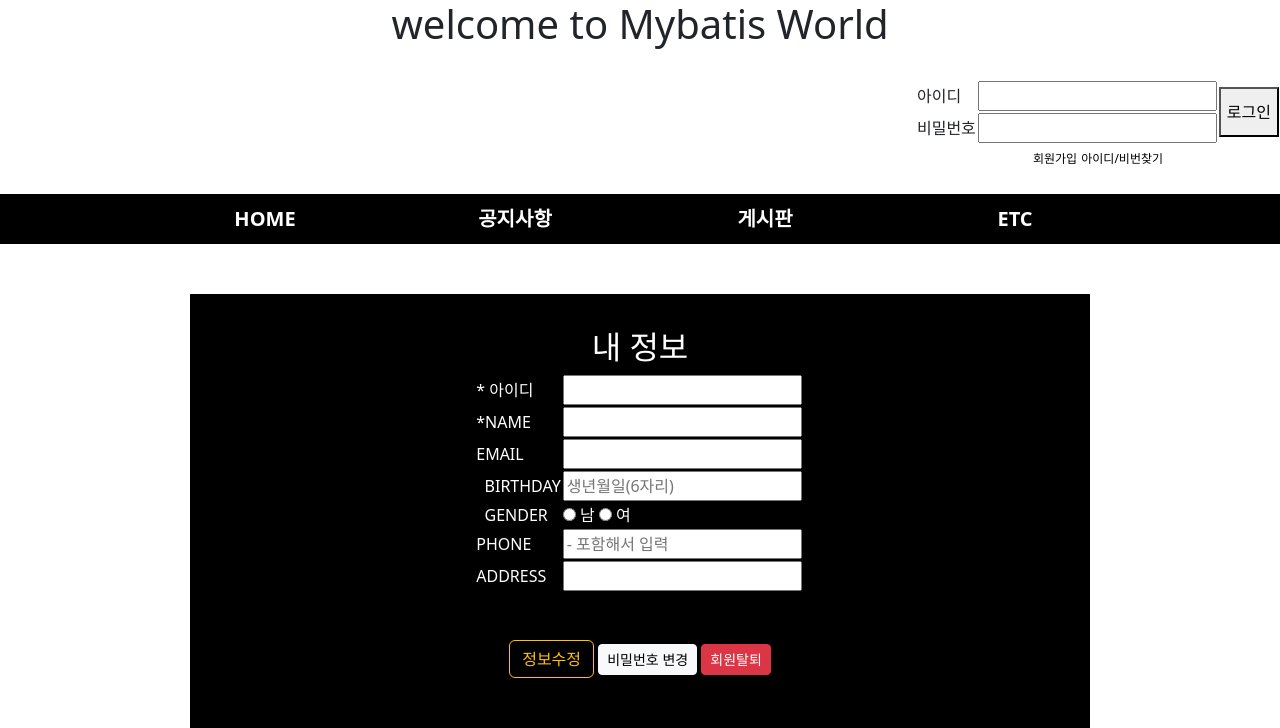
Repository: eru2/Study
Page: http://localhost/mybatisProject/views/member/myPage.jsp
These files come from the project's save history. The page is drawn as it stood at one moment and after the next save; the edit follows.
The browser window is 1280 px wide. The pictures show the whole page.
The page is served by Tomcat 10. Other server files are loaded and not shown.

Above is the page before, as saved 2025-03-06 08:27:47.
Console error: ReferenceError: interest is not defined

### 08_MyBatis/mybatisProject/src/main/webapp/views/member/myPage.jsp
<%@ page language="java" contentType="text/html; charset=UTF-8"
    pageEncoding="UTF-8"%>
<!DOCTYPE html>
<html>
<head>
	<meta charset="UTF-8">
	<meta name="viewport" content="width=device-width, initial-scale=1.0">
	<!-- Latest compiled and minified CSS -->
<link href="https://cdn.jsdelivr.net/npm/bootstrap@5.3.3/dist/css/bootstrap.min.css" rel="stylesheet">

<!-- Latest compiled JavaScript -->
<script src="https://cdn.jsdelivr.net/npm/bootstrap@5.3.3/dist/js/bootstrap.bundle.min.js"></script>
	<title>Insert title here</title>
	<style>
		.outer{
			background: #4b89fc;
			color: white;
			width: 1000PX;
			margin: auto;
			margin-top: 50px;
			padding: 10px 0px 50px;
		}

		.outer table{
			margin: auto;
		}

		#update-pwd-modal .modal-body form{
			display: flex;
			flex-direction: column;
		}
	</style>
</head>
<body>
	<%@ include file="../common/menubar.jsp" %>

	<div class="outer">
		<br>
		<h2 align="center">내 정보</h2>
		<form action="${pageContext.request.contextPath}/update.me" method="post" id="update-form">
			<table>
				<tr>
					<td>* 아이디</td>
					<td><input type="text" name="userId" maxlength="15" readonly value="${loginUser.userId}"></td>
					<td></td>
				</tr>
				<tr>
					<td>*NAME</td>
					<td><input type="text" name="userName" maxlength="8" readonly value="${loginUser.userName}"></td>
					<td></td>
					</tr>
					<tr>

					<td>EMAIL</td>
					<td><input type="text" name="email" value="${loginUser.email}"></td>
					<td></td>
				</tr>
				<tr>
						<td>&nbsp;&nbsp;BIRTHDAY</td>
						<td><input type="text" name="birthday" placeholder="생년월일(6자리)" value="${loginUser.birthday}"></td>
				</tr>
					<tr>
						<td>&nbsp;&nbsp;GENDER</td>
						<td>
							<input type="radio" name="gender" value="M"> 남
							<input type="radio" name="gender" value="F"> 여
						</td>
					</tr>
				<tr>
					<td>PHONE</td>
					<td><input type="text" name="phone" placeholder="- 포함해서 입력" value="${loginUser.phone}"></td>
					<td></td>
				</tr>
				<tr>
					<td>ADDRESS</td>
					<td><input type="text" name="address" value="${loginUser.address}"></td>
					<td></td>
				</tr>
			</table>
			<script>
				const gender = "${loginUser.gender}";
				const input = document.querySelectorAll("input[name=gender]");
					if(interest.includes(input.value)){ // gender에 input.value의 값이 포함되어 있다면
						input.checked = true;
					}
			</script>

			<br><br>

			<div align="center">
				<button type="submit" class="btn btn-outline-warning">정보수정</button>
				<button type="button" class="btn btn-sm btn-light" data-bs-toggle="modal" data-bs-target="#update-pwd-modal">비밀번호 변경</button>
				<button type="button" class="btn btn-sm btn-danger" data-bs-toggle="modal" data-bs-target="#delete-member-modal">회원탈퇴</button>
			</div>
		</form>
	</div>
	<!--
		탈퇴하기 버튼 클릭시
		탈퇴 후 복구가 불가능합니다.
		정말 탈퇴하시겠습니까?
		비밀번호 :
		탈퇴하기버튼 -> /delete.me
		=>  /delete.me받은 서버는 비밀번호가 맞는지 확인 후 status -> N으로 변경하고 로그아웃
	 -->



	<!-- 비밀번호 변경 팝업 -->
	<div class="modal" id="update-pwd-modal">
	  <div class="modal-dialog">
	    <div class="modal-content">

	      <!-- Modal Header -->
	      <div class="modal-header">
	        <h4 class="modal-title">비밀번호 변경</h4>
	        <button type="button" class="btn-close" data-bs-dismiss="modal"></button>
	      </div>

	      <!-- Modal body -->
	      <div class="modal-body">
			<form action="${pageContext.request.contextPath}/updatePwd.me" method="post">
				<table align="center">
					<tr>
						<td>현재 비밀번호</td>
						<td><input type="password" name="userPwd" required></td>
					</tr>
					<tr>
						<td>변경할 비밀번호</td>
						<td><input type="password" name="updatePwd" required></td>
					</tr>
					<tr>
						<td>변경할 비밀번호 학인</td>
						<td><input type="password" name="checkPwd" required></td>
					</tr>
				</table>
				<br>
				<button id="edit-pwd-btn" type="submit" class="btn btn-sm btn-primary">비밀번호 변경</button>
			</form>

			<script>
				document.getElementById('edit-pwd-btn').onclick = function(){
					const pwd = document.querySelector("#update-pwd-modal input[name=updatePwd]").value;
					const pwdCheck = document.querySelector("#update-pwd-modal input[name=checkPwd]").value;

					if(pwd !== pwdCheck){
						alert("변경할 비밀번호가 일치하지 않습니다.");
						return false;
					}
				}

			</script>
	      </div>
	    </div>
	  </div>
	</div>

	<!-- 탈퇴 팝업 -->
	<div class="modal" id="delete-member-modal">
	  <div class="modal-dialog">
	    <div class="modal-content">

	      <!-- Modal Header -->
	      <div class="modal-header">
	        <h4 class="modal-title">회원탈퇴</h4>
	        <button type="button" class="btn-close" data-bs-dismiss="modal"></button>
	      </div>

	      <!-- Modal body -->
	      <div class="modal-body">
			<form action="${pageContext.request.contextPath}/delete.me" method="post">
				<b>탈퇴 후 복구가 불가능합니다.<br>
				정말로 탈퇴하시겠습니까?</b>
				<br><br>
				비밀번호  : <input type="password" name="userPwd" required>
				<br><br>
				<button type="submit" class="btn btn-sm btn-danger">탈퇴하기</button>
			</form>
	      </div>
	    </div>
	  </div>
	</div>
</body>
</html>

### 08_MyBatis/mybatisProject/src/main/webapp/views/common/menubar.jsp
<%@ page language="java" contentType="text/html; charset=UTF-8"
    pageEncoding="UTF-8"%>
<%@ taglib prefix="c" uri="http://java.sun.com/jsp/jstl/core" %>
<!DOCTYPE html>
<html>
<head>
<meta charset="UTF-8">
<title>Insert title here</title>
<style>
    .login-area a{
        text-decoration: none;
        color: black;
        font-size: 12px;
    }

    .nav-area{
        background: black;
        color: white;
        height: 50px;
    }
    .menu{
        display: table-cell;
        width: 250px;
        height: 50px;
        vertical-align: middle;
        font-size: 20px;
        font-weight: bold;
    }
    .outer{
    	width: 900px;
    	background: black;
    	color: white;
    	margin: auto;
    	margin-top: 50px;
    }
</style>
</head>
<body>

    <h1 align="center">welcome to Mybatis World</h1>
    <br>

    <div class="login-area" align="right">
       <c:choose>
       <c:when test="${empty loginUser}">
	        <form action="${pageContext.request.contextPath}/login.me" method="post">
		        <table>
		            <tr>
		                <td>아이디</td>
		                <td><input type="text" name="userId" required></td>
		                <td rowspan="2"><button type="submit" style="height: 50px;">로그인</button></td>
		            </tr>
		            <tr>
		                <td>비밀번호</td>
		                <td><input type="password" name="userPwd" required></td>

		            </tr>
		            <tr>
		                <td colspan="3" align="center">
		                    <a href="enrollForm.me">회원가입</a>
		                    <a href="">아이디/비번찾기</a>
		                </td>
		            </tr>
	            </table>
	        </form>
     	</c:when>
       	<c:otherwise>
        	<!-- 로그인후 -->
	        <div>
	            <table>
	                <tr>
	                    <td colspan="2">
	                        <h3>${loginUser.userName }님 환영합니다. </h3>
	                    </td>
	                    <td></td>
	                </tr>
	                <tr>
	                    <td><a href="myPage.me">마이페이지</a></td>
	                    <td><a href="">로그아웃</a></td>
	                </tr>
	            </table>
	        </div>
        </c:otherwise>
        </c:choose>
    </div>
    <br>

    <div class="nav-area" align="center">
        <div class="menu">HOME</div>
        <div class="menu">공지사항</div>
        <div class="menu">게시판</div>
        <div class="menu">ETC</div>
    </div>
</body>
</html>

After the next save:
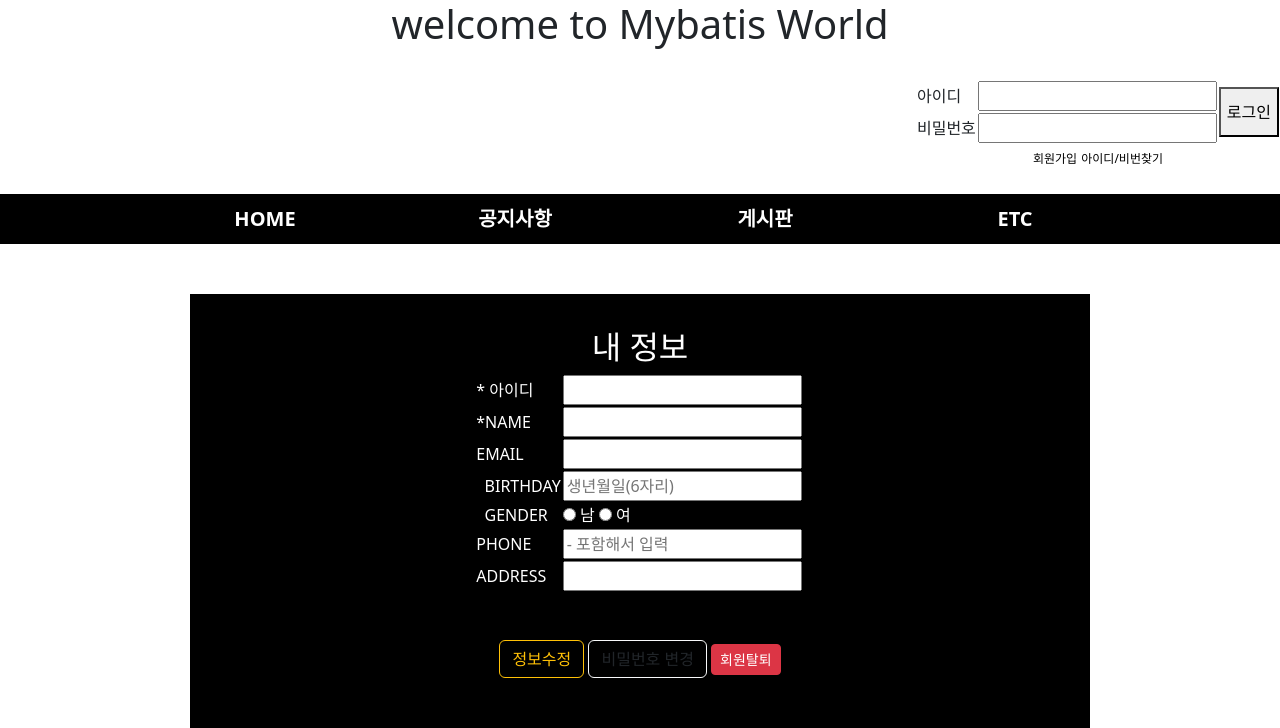
Saved 14 s later.
--- a/08_MyBatis/mybatisProject/src/main/webapp/views/member/myPage.jsp
+++ b/08_MyBatis/mybatisProject/src/main/webapp/views/member/myPage.jsp
@@ -89,7 +89,7 @@
 
 			<div align="center">
 				<button type="submit" class="btn btn-outline-warning">정보수정</button>
-				<button type="button" class="btn btn-sm btn-light" data-bs-toggle="modal" data-bs-target="#update-pwd-modal">비밀번호 변경</button>
+				<button type="button" class="btn btn-outline-light text-dark" data-bs-toggle="modal" data-bs-target="#update-pwd-modal">비밀번호 변경</button>
 				<button type="button" class="btn btn-sm btn-danger" data-bs-toggle="modal" data-bs-target="#delete-member-modal">회원탈퇴</button>
 			</div>
 		</form>
